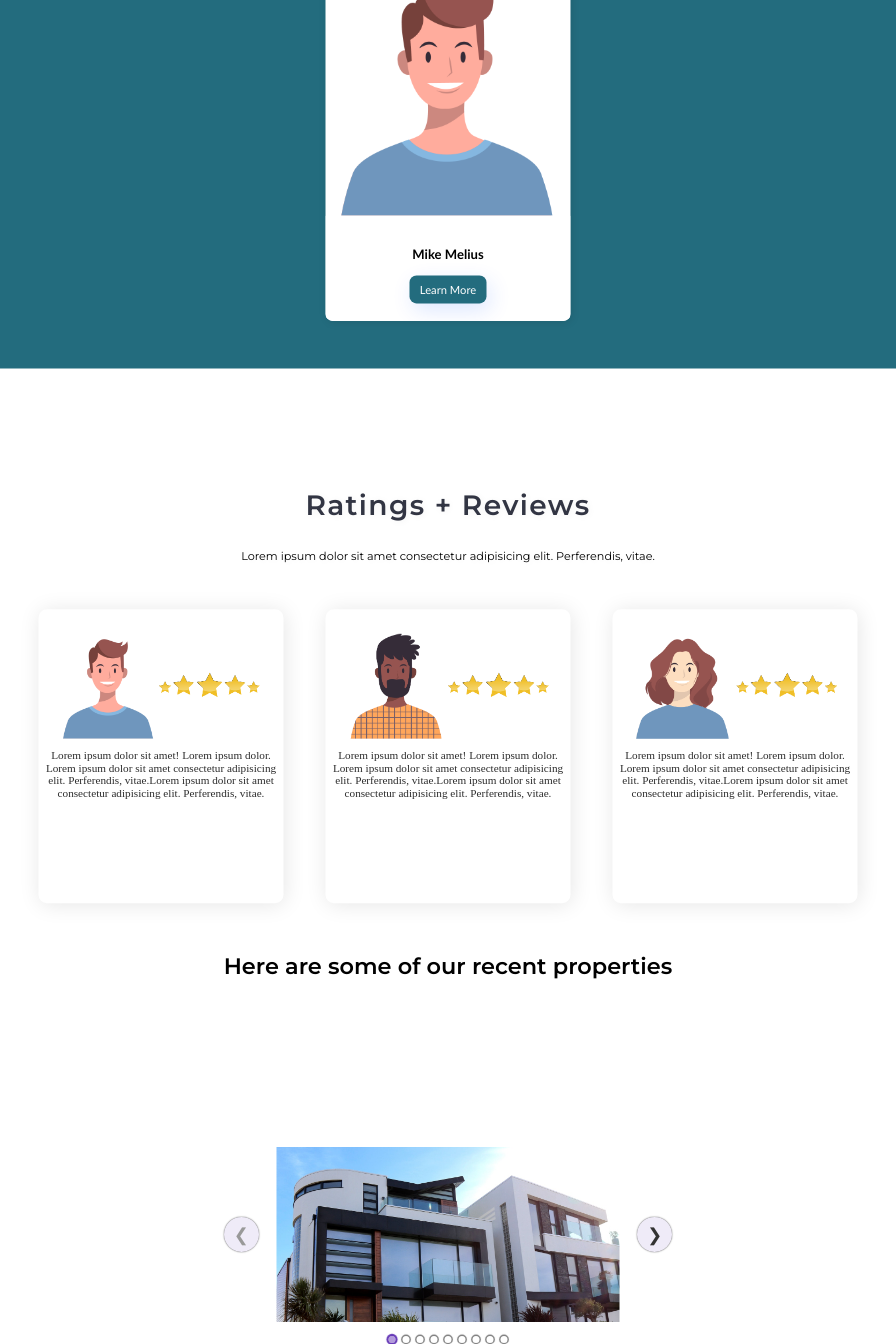
Repository: gabe126679/Mikes-site
Page: /
An editor plug-in stored every save of this project. The page is shown before and after the next save, followed by the edit.
The browser window is 1280 px wide. The pictures show the part of the page from y = 2108 to 4028 px (the page is 4672 px tall), at 70% of full size.
Some web libraries are served in a nearby version. The project was rebuilt for these pictures with package versions that can differ from the ones it lists, and the page was loaded fresh each time. Also part of the build but not shown: src/components/PageAbout.jsx, src/components/PageContact.jsx.

Above is the page before, as saved 2022-04-19 15:03:55.

### public/index.html
<!DOCTYPE html>
<html lang="en">
  <head>
    <meta charset="utf-8" />
    <link rel="icon" href="%PUBLIC_URL%/favicon.ico" />
    <meta name="viewport" content="width=device-width, initial-scale=1" />
    <meta name="theme-color" content="#000000" />
    <meta
      name="description"
      content="Web site created using create-react-app"
    />
    <link rel="apple-touch-icon" href="%PUBLIC_URL%/logo192.png" />

    <link rel="manifest" href="%PUBLIC_URL%/manifest.json" />
    <script src="https://kit.fontawesome.com/95dc93da07.js"></script>
    <title>Mike's Homes</title>
  </head>
  <body>
    <noscript>You need to enable JavaScript to run this app.</noscript>
    <div id="root"></div>

  </body>
</html>

### src/index.js
import React from 'react';
import ReactDOM from 'react-dom/client';
import './index.css';
import App from './App';
// import About from './components/About';
// import {
//   BrowserRouter,
//   Routes,
//   Route,
// } from "react-router-dom";

const root = ReactDOM.createRoot(document.getElementById('root'));
root.render(
//   <BrowserRouter>
//     <Routes>
//       <Route path="/" element={<App />}>
//       <Route path="homes" element={<About />} />
//         {/* <Route path="teams" element={<Teams />}>
//             <Route path=":teamId" element={<Team />} />
//             <Route path="new" element={<NewTeamForm />} />
//             <Route index element={<LeagueStandings />} />
//         </Route> */}
//       </Route>
//     </Routes>
//   </BrowserRouter>,
<App />,

);

### src/index.css
@import url('https://fonts.googleapis.com/css2?family=Montserrat:wght@300;400;500;600&display=swap');

/***fontawesome <script src="https://kit.fontawesome.com/95dc93da07.js"></script> *********/



body{
    margin:0px;
    padding: 0px;

    background-color: #ffffff;
    font-family: 'Montserrat', sans-serif;
}
*{
    box-sizing: border-box;
}
ul{
    list-style: none;
}
a{
    text-decoration: none;
}
button{
    outline: none;
    border: none;
}
input{
    outline: none;
    border: none;
}

.logo img{
    width: 120px;
}
.header{

    width:100%;
    height:768px;
    position: relative;
    background-repeat: no-repeat;
    background-size: cover;
    background-image: url("./images/header-bg.png");
}
nav{
	display: flex;
	justify-content: space-around;
	align-items: center;
	left: 0;
	top: 0;
	width:100%;
	z-index: 1;
	background-color: #FFFFFF;
}
nav ul{
	display: flex;
}
.active{
    background-color: #236c7e;
    color:rgb(255, 255, 255);
	box-shadow: 5px 10px 30px rgba(64, 149, 198, 0.411);
	transition: all ease 0.2s;
}
nav ul li a{
	height:40px;
	line-height: 43px;
	margin: 3px;
	padding: 0px 22px;
	display: flex;
	font-size: 0.8rem;
	text-transform: uppercase;
	font-weight: 500;
	color:#242424;
    letter-spacing: 1px;
    border-radius: 3px;
    transition: 0.2s ease-in-out;
}
.property{
    font-family: calibri;
	height:40px;
	line-height: 43px;
	padding: 0px 10px;
	display: flex;
	font-size: 0.8rem;
	text-transform: uppercase;
	font-weight: 500;
	color:#ffffff;
    letter-spacing: 1px;
    border-radius: 3px;
    transition: 0.2s ease-in-out;
    background-color: #236c7e;
}
nav ul li a:hover{
	background-color: #064757;
    color:#FFFFFF;
	box-shadow: 5px 10px 30px rgba(64, 149, 198, 0.411);
	transition: all ease 0.2s;
}
nav .menu-btn,
.menu-icon{
		display:none;
	}
.intro{
	font-family: 'Montserrat';
	width: 500px;
	position: absolute;
	left: 16%;
	top: 50%;
	transform: translate(-20%,-50%);
}
.intro span{
    color: #fc9700;
}
.intro .details{
    color: #1e4f5c;
}
.intro h1{
	font-family:'Montserrat';
	font-size: 46px;
	margin:0px;
	letter-spacing: 3px;
	color:#236c7e;
}
.intro p{
    color: #064757; font-weight: 500;
}
.header-btn{
	width:110px;
	height: 40px;
	display: flex;
	justify-content: center;
    align-items: center;
    background-color: #236c7e;
    box-shadow: 5px 10px 30px rgba(2, 82, 255, 0.137);
    border-radius: 10px;
	color:#ffffff;
}
.header-btn:hover{
	background-color: #04afda;
    transition: all ease 0.5s;
    color: #ffffff;
    box-shadow: 5px 0px 30px rgba(2, 154, 255, 0.39);
}
.container {
    max-width: 1140px;
    margin: 0 auto;
    padding: 0 20px;
}

.flex {
    display: flex;
    justify-content: space-between;
}
.how-it-works {
    padding: 3rem 0;
    background: #236c7e;
    text-align: center;
}

.how-it-works h2 {
    margin-bottom: 3rem;
    font-size: 2rem;
    font-family: 'Montserrat';
    color: #ffffff;
    font-weight: 600;
    text-transform: uppercase;
}

.how-it-works .flex > div {
    width: 30%;
}

.how-it-works h4 {
    color: #ffffff;
    margin-top: 1rem;
}
.how-it-works p{
    color: rgb(255, 196, 0);
}

.how-it-works span.fas {
    color: #ffffff;
    font-size: 35px;
}
  .about{
	width:100%;
	height: 100vh;
	background-color:#ffffff;
	box-sizing: border-box;
	display: flex;
	align-items: center;
	justify-content: space-between;
	padding: 50px 5% 0px 5%;
	position: relative;
}
.about-text{
	width: 50%;
}
.about-text h2{
	font-size: 2rem;
	color:#236c7e;
	font-weight: 400;
}
.about-text h2{
	margin: 0px;
	padding: 0px;
}
.about-text p{
	font-size: 1.2rem;
	color:#3a3a3a;

}
.about-text button{
	width: 140px;
	height: 40px;
	border-radius: 10px;
	border: none;
    outline: none;
    color: #ffffff;
	background-color:#236c7e;
}
.about-text button:hover{
	background-color: #04afda;
    transition: all ease 0.3s;
    color: #ffffff;
    box-shadow: 5px 0px 30px rgba(2, 154, 255, 0.39);
}
.about-model img{
    height: 400px;
}

.agent{
    width:100%;
    height:110vh;
    box-sizing: border-box;
    font-family: calibri;
    display: flex;
    flex-direction: column;
    align-items: center;
    justify-content: center;
    padding-top: 40px ;
    background: #236c7e;
}

.a-heading h1{
    color:#ffffff;
    font-size: 3rem;
    margin: 0px;
    padding: 0px;

}
.a-heading p{
    color:rgb(238, 238, 238);
    font-size: 1rem;
    margin: 0px;
    padding: 0px;
}
.a-heading{
    text-align: center;
    margin: 20px 0px;
}
.a-box{
    background-color: #ffffff;
    width:350px;
    height: 500px;
    margin: 20px;
    border-radius: 10px;
    overflow: hidden;
    box-shadow: 2px 2px 12px rgba(0,0,0,0.1);
    position: relative;
}
.b-container{
    display: flex;
    justify-content: center;
    align-content: center;
    width: 100%;

}
.a-b-img{
    width: 100%;
    height: 70%;

}
.a-b-img img{
    width:100%;
    height: 100%;
    object-fit: contain;
}
.a-b-text{
    width: 100%;
    height: 30%;
    background-color:#ffffff;
    display:flex;
    justify-content: center;
    align-items: center;
    text-align: center;
    flex-direction: column;
}
.a-box:hover{
    transform:translateY(-10px);
    transition: all ease 0.3s;

}
.agent-btn{
	width:110px;
	height: 40px;
	display: flex;
	justify-content: center;
    align-items: center;
    background-color: #236c7e;
    box-shadow: 5px 10px 30px rgba(2, 82, 255, 0.137);
    border-radius: 10px;
	color:#ffffff;
}
.agent-btn:hover{
	background-color: #04afda;
    transition: all ease 0.5s;
    color: #ffffff;
    box-shadow: 5px 0px 30px rgba(2, 154, 255, 0.39);
}

.product{
	width: 100%;
	background-color: #FFFFFF;
	display: flex;
	height: 760px;
	flex-direction: column;
	align-items: center;
	padding:40px 20px;
	position: relative;
	border-radius: 10px;
	margin-top: 70px;
}


.p-heading{

	margin:20px;
	text-shadow: 2px 2px 10px rgba(0,0,0,0.05);
}
.p-heading h3{
	font-weight: 600;
	letter-spacing: 2px;
	text-align: center;
	font-size:2.5rem;
	color:#323543;

}
.p-heading h3 font{
	color:#303030;
}
.product-container{
	display: flex;
	justify-content: center;
	align-items: center;
	flex-wrap: wrap;
	margin: 10px 0px;
	width:100%;
}
.p-box{
	width:350px;
	height: 420px;
	display: flex;
	justify-content: center;
	align-items: center;
	flex-direction: column;
	border-radius: 12px;
	position: relative;
	margin: 20px 30px;
    background-color: rgb(255, 255, 255);
    box-shadow: 2px 2px 30px rgba(0,0,0,0.1);
}
.p-box img{
	height:150px;
}
.p-box p{
	color:#4d4d4d70;
	font-family: myriad pro;
	font-size: 0.9rem;
	letter-spacing: 0.5;
}
.price-container {
  display: flex;
  align-items: center;
  justify-content: center;
}
.price{
	color:#2c2c2c;
	font-family: poppins;
	font-size: 1rem;
  position: relative;
  bottom: 120px;
  width: 100%;
  height: 100px;
  text-align: center;
}
.container-reviews {
  display: flex;
  align-items: center;
  height: 100%;
  position: relative;
  top: -50px;
}
.buy-btn{
	position: absolute;
	width:140px;
	height: 60px;
	display: flex;
	justify-content: center;
	align-items: center;
	font-family:calibri;
	left: 50%;
	bottom: 20px;
	transform: translateX(-50%);
	border-radius: 15% 15% 15% 15% / 50% 50% 50% 50%;
	background:linear-gradient(120deg,#064757 20%,#04afda);
	color:#FFFFFF;
	display: none;
	animation: fade 0.2s;
}
.p-box:hover .buy-btn{
	display: flex;
}
.p-box:hover{
	box-shadow: 2px 2px 30px rgba(0, 0, 0, 0.233);
	background-color:#FFFFFF;
}
.p-box:hover .price{
	color:#04afda;
	transition: all ease 0.2s;
}

@keyframes fade{
	0%{
		opacity: 0;
	}
	100%{
		opacity: 1;
	}
}
.contact{
    background-color: #236c7e;
	display:flex;
	flex-direction: column;
	justify-content: center;
	align-items: center;
    margin:8px 3px;
    margin-top: 1000px;
    padding: 30px 0px;
  overflow: hidden;
}
.contact h3{
	font-size:2.5rem;
    margin:20px;
    color: #ffffff;
}
.contact-input{
	width:350px;
	height:50px;
	background-color:#FFFFFF;
	display:flex;
	justify-content: center;
	border-radius: 50px;
	box-shadow: 2px 2px 30px rgba(0,0,0,0.15);
}
.contact-input input{
	width:100%;
	background-color: transparent;
	border:none;
	outline: none;
	text-align: center;
	color:#242425;
}
.contact-input a{
	width:150px;
	height:35px;
	background-color:#236c7e;
	color:#FFFFFF;
	display: flex;
	font-size: 0.9rem;
	justify-content: center;
	align-items: center;
	margin: auto 10px;
	border-radius: 20px;
	font-weight: 500;
}

.carousel {
  font-family: sans-serif;
  display: flex;
  align-items: center;
  justify-content: center;
  height: 100vh;
  object-fit: contain;

}
.carousel-img {
  width: 100%;
  object-fit: fill;
}
@media(min-width:1285px) {
  .contact {
    margin-top: 550px;
  }
}
@media(max-width:1190px){
	.header{
        background-size: 1150px !important;
        text-align: center;
	}
	.intro{
		left: 10%;
		top: 50%;
		transform: translate(-10%,-50%);
	}
	.about-model img{
		height:400px;
    }
    .agent{
		height:auto;
    }
    .b-container{
		flex-wrap: wrap;
	}
    .a-box{
		flex-grow: 1;
	}
	.a-b-img img{
		object-fit:contain;
	}


}

@media(max-width:970px){
  .header {
    background-image: none;
  }
	.main{
		background-image: none !important;

	}
	.intro{
		left: 50%;
		top: 50%;
		transform: translate(-50%,-50%);
    }

	.about-model{
		display: none;
	}
	.about{
        text-align: center;
		justify-content: center;
		padding-top: 0px;
	}
	.about-text{
		width: 90%;
	}
	.about-text h1{
		font-size:4rem;
  }
  .product{
    width: 100%;
    background-color: #FFFFFF;
    display: flex;
    height: 760px;
    flex-direction: column;
    align-items: center;
    padding:40px 20px;
    position: relative;
    border-radius: 10px;
    margin-top: 70px;
  }


}
@media(max-width:875px){
  .carousel-item {
    display: none;
  }
}
@media(max-width:600px){
	.intro{
		width:60%;
    }}
    .scroll{
      left: 42.5%;
    }
  .header-btn{
    margin-right: 38%;
  }


    @media (max-width: 500px) {
        .how-it-works .flex {
            display: block;
        }
        .header-btn{
          margin-right: 28%;
        }
        .how-it-works .flex > div {
            width: 100%;
            margin-top: 2rem;
        }


@media(max-width:1100px){.menu-icon{
    display:block;}

        nav{
            justify-content: space-between;
            height: 65px;
            padding: 0px 30px;
            position: fixed;
        }
        .property{
            background: none;
            font-size: 13px;
            color: #000;
            padding: 0px;
        }
        .logo img{
            width:70px;
        }
        .menu{
            display:none;
            position:absolute;
            top:65px;
            left:0px;
            background-color:#FFFFFF;
            border-bottom:4px solid #064757;
            width:100%;
            padding:0px;
            margin:0px;
        }
        .menu li{
            width:100%;
        }
        nav .menu li a{
            width:100%;
            height:40px;
            justify-content: center;
            align-items: center;
            margin:0px;
            padding: 25px;
            border:1px solid rgba(38,38,38,0.03);
        }
        nav .menu-icon{
            cursor:pointer;
            float:right;
            padding:28px 20px;
            position:relative;
            user-select: none;
        }
        nav .menu-icon .nav-icon{
            background-color:#333333;
            display:block;
            height:2px;
            position:relative;
            transition: background 0.2s ease-out;
            width:20px;
        }
        nav .menu-icon .nav-icon:before,
        nav .menu-icon .nav-icon:after{
            background:#333;
            content:'';
            display:block;
            height:100%;
            position:absolute;
            transition:all ease-out 0.2s;
            width:100%;
        }
        nav .menu-icon .nav-icon:before{
            top:5px;
        }
        nav .menu-icon .nav-icon:after{
            top:-5px;
        }
        nav .menu-btn:checked ~ .menu-icon .nav-icon{
            background:transparent;
        }
        nav .menu-btn:checked ~ .menu-icon .nav-icon:before{
            transform: rotate(-45deg);
            top:0;
        }
        nav .menu-btn:checked ~ .menu-icon .nav-icon:after{
            transform: rotate(45deg);
            top:0;
        }
        nav .menu-btn{
            display:none;
        }
        nav .menu-btn:checked ~ .menu{
            display:block;
        }}
        @media(max-width:400px){
            .s-box{
                width: 100%;
                height:400px;
            }
            .header-btn{
              margin-left: 38%;
            }

        }}

### src/components/Header.jsx
import React from 'react';
import Navbar from './Navbar'

function Header() {
  return (
    <div className="header">
        <Navbar />
        <div className="intro">
            <p>Looking for a Property !</p>
            <h1><span>Buy </span>and <span>Sell </span> Properties</h1>
            <p className="details">Lorem ipsum dolor sit amet consectetur, repellat a hic totam iure voluptatem expedita. Ipsam nobis aspernatur voluptatum? hic totam iure voluptatem expedita. </p>
            <a href="#" className="header-btn">Details</a>

        </div>
    </div>
  )
}

export default Header

### src/components/Howitworks.jsx
import React from 'react'

function Howitworks() {
  return (
    <div className="how-it-works">
        <div className="container">
            <h2>How It Works</h2>
            <div className="flex">
                <div>
                    <span className="fas fa-home"></span>
                    <h4>Find a Property</h4>
                    <p>Lorem ipsum dolor sit, amet consectetur adipisicing elit.</p>
                </div>

                <div>
                    <span className="fas fa-dollar-sign"></span>
                    <h4>Find a Property</h4>
                    <p>Lorem ipsum dolor sit, amet consectetur adipisicing elit.</p>
                </div>

                <div>
                    <span className="fas fa-chart-line"></span>
                    <h4>Find a Property</h4>
                    <p>Lorem ipsum dolor sit, amet consectetur adipisicing elit.</p>
                </div>
            </div>
        </div>
    </div>
  )
}

export default Howitworks;

### src/components/About.jsx
import React from 'react'
import aboutimage from '../images/hero.png';
import Contact from "./Contact"

function About() {
  return (
    <div className="about">
        <div className="about-model">
          <img src={aboutimage} alt="about image"/>
        </div>
        <div className="about-text">
          <h2>Best in your area <br/>Wholesale Real Estate</h2>
          <p>Lorem ipsum dolor sit, amet consectetur adipisicing elit. Minima aut libero at quod, eius vero enim, exercitationem ipsa repellendus magnam iure eaque placeat alias recusandae consequatur. Doloribus earum officia voluptatum veniam necessitatibus ratione dolor quam?</p>
          <button>View More Details</button>
          <h3>Get the Best Property</h3>
        </div>
    </div>
  )
}

export default About

### src/components/Agent.jsx
import React from 'react'
import Agentbox from './Agentbox';
import agentimage1 from '../images/s1.png';

function Agent() {
  return (
    <div className="agent">
        <div className="a-heading">
            <h1>Agents</h1>
            <p>Lorem ipsum dolor sit amet consectetur adipisicing elit. Voluptas, vel.</p>
        </div>
        <div className="b-container">
            <Agentbox image={agentimage1} name="Mike Melius"/>
        </div>
    </div>
  )
}

export default Agent;

### src/components/Properties.jsx
import React from 'react'
import Bproperty from "./Bproperty";
import CarouselItem from "./CarouselItem";
import pimage1 from "../images/s1.png"
import pimage2 from "../images/s2.png"
import pimage3 from "../images/s3.png"
import gold from "../images/gold.png"

function Properties() {
  return (
    <div className="product">
        <div className="p-heading">
            <h3>Ratings + Reviews</h3>
            <p>Lorem ipsum dolor sit amet consectetur adipisicing elit. Perferendis, vitae.</p>
        </div>

        <div className="product-container">
            <Bproperty image={pimage1}  name={gold} price="Lorem ipsum dolor sit amet! Lorem ipsum dolor. Lorem ipsum dolor sit amet consectetur adipisicing elit. Perferendis, vitae.Lorem ipsum dolor sit amet consectetur adipisicing elit. Perferendis, vitae." />
            <Bproperty image={pimage2}  name={gold} price="Lorem ipsum dolor sit amet! Lorem ipsum dolor. Lorem ipsum dolor sit amet consectetur adipisicing elit. Perferendis, vitae.Lorem ipsum dolor sit amet consectetur adipisicing elit. Perferendis, vitae." />
            <Bproperty image={pimage3} name={gold} price="Lorem ipsum dolor sit amet! Lorem ipsum dolor. Lorem ipsum dolor sit amet consectetur adipisicing elit. Perferendis, vitae.Lorem ipsum dolor sit amet consectetur adipisicing elit. Perferendis, vitae." />
        </div>
        <div className="carousel-item">
          <CarouselItem />
        </div>
        {/* <div className="contact">
        <h3>Get the Best Property</h3>
        <div className="contact-input">
            <input type="email" placeholder="example@gmail.com"/>
            <a href="#">Continue</a>
        </div>
    </div> */}
    </div>
  )
}

export default Properties;

### src/components/All.jsx
import React from 'react'
import Header from './Header'
import Howitworks from './Howitworks'
import About from './About'
import Agent from './Agent'
import Properties from './Properties'
import Contact from './Contact'

function All() {
  return (
    <div className="App">
      <Header />
      <Howitworks />
      <About />
      <Agent />
      <Properties />
      <Contact />
    </div>
  )
}

export default All;

### src/components/Navbar.jsx
import React from 'react'
import logo from "../images/logo1.png"
import { Link } from "react-router-dom";

function Navbar() {
  return (
    <nav>
        <a href="/homes" className="logo">
            <img src={logo} alt="logo"/>
        </a>
        <input className="menu-btn" type="checkbox" id="menu-btn"/>
        <label className="menu-icon" for="menu-btn">
            <span className="nav-icon"></span>
        </label>
        <ul className="menu">
            <li><Link to="/" >Home</Link></li>
            <li><Link to="/about">About</Link></li>
            <li><Link to="/contact">Contact</Link></li>
        </ul>
        <Link to="/howitworks" className="property">Appointments</Link>
        {/* <a href="/homes" className="property"></a> */}
    </nav>
  )
}

export default Navbar

### src/components/Contact.jsx
import React from 'react';

function Contact() {
  return (
    <div className="contact">
        <h3>Get the Best Property</h3>
        <div className="contact-input">
            <input type="email" placeholder="example@gmail.com"/>
            <a href="#">Continue</a>
        </div>
    </div>
  )
}

export default Contact;

### src/components/Agentbox.jsx
import React from 'react'

function Agentbox(props) {
  return (
    <div className="a-box">
        <div className="a-b-img">
            <img src={props.image} alt=""/>
        </div>
        <div className="a-b-text">
            <h3>{props.name}</h3>
            <a href="#" className="agent-btn">Learn More</a>
        </div>
    </div>
  )
}

export default Agentbox;

### src/components/Bproperty.jsx
import React from 'react'

function Bproperty(props) {
  return (
    <div className="p-box">
        <div className="container-reviews">
            <img src={props.image} alt="product"/>
            <br/>
            <p><img src={props.name} alt="product"/> </p>
        </div>
        <div className="price-container">
            <a href="#" className="price">
                {props.price}
            </a>
        </div>


        <a href="#" className="buy-btn">
            Get In Touch
        </a>
    </div>
  )
}

export default Bproperty;

### src/components/CarouselItem.jsx
import React from 'react'
import Carousel from "react-elastic-carousel";
import Item from "./Item";
import img1 from "../images/home-1.jpg"
import img2 from "../images/home-2.jpg"
import img3 from "../images/interior-1.jpg"
import img4 from "../images/slide-2.jpg"
import img5 from "../images/house-3.jpg"
import img6 from "../images/kitchen-1.jpg"
import img7 from "../images/slide-1.jpg"
import img8 from "../images/house-4.jpg"
import img9 from "../images/slide-3.jpg"


const breakPoints = [
    { width: 1, itemsToShow: 1 },
    { width: 550, itemsToShow: 2 },
    { width: 768, itemsToShow: 3 },
    { width: 1200, itemsToShow: 4 },
];

function CarouselItem() {
  return (
    <>
      <br/>
      <h1 style={{ textAlign: "center" }}>Here are some of our recent properties</h1>
      <div className="carousel">
        <Carousel breakPoints={breakPoints}>
          <Item ><img className="carousel-img" src={img1} alt="img"/></Item>
          <Item ><img className="carousel-img" src={img2} alt="img"/></Item>
          <Item ><img className="carousel-img" src={img3} alt="img"/></Item>
          <Item ><img className="carousel-img" src={img4} alt="img"/></Item>
          <Item ><img className="carousel-img" src={img5} alt="img"/></Item>
          <Item ><img className="carousel-img" src={img6} alt="img"/></Item>
          <Item ><img className="carousel-img" src={img7} alt="img"/></Item>
          <Item ><img className="carousel-img" src={img8} alt="img"/></Item>
          <Item ><img className="carousel-img" src={img9} alt="img"/></Item>
        </Carousel>
      </div>
    </>
  )
}

export default CarouselItem

Loaded but not shown: src/components/Item.js (common file); src/App.js (52 lines, source omitted)

After the next save:
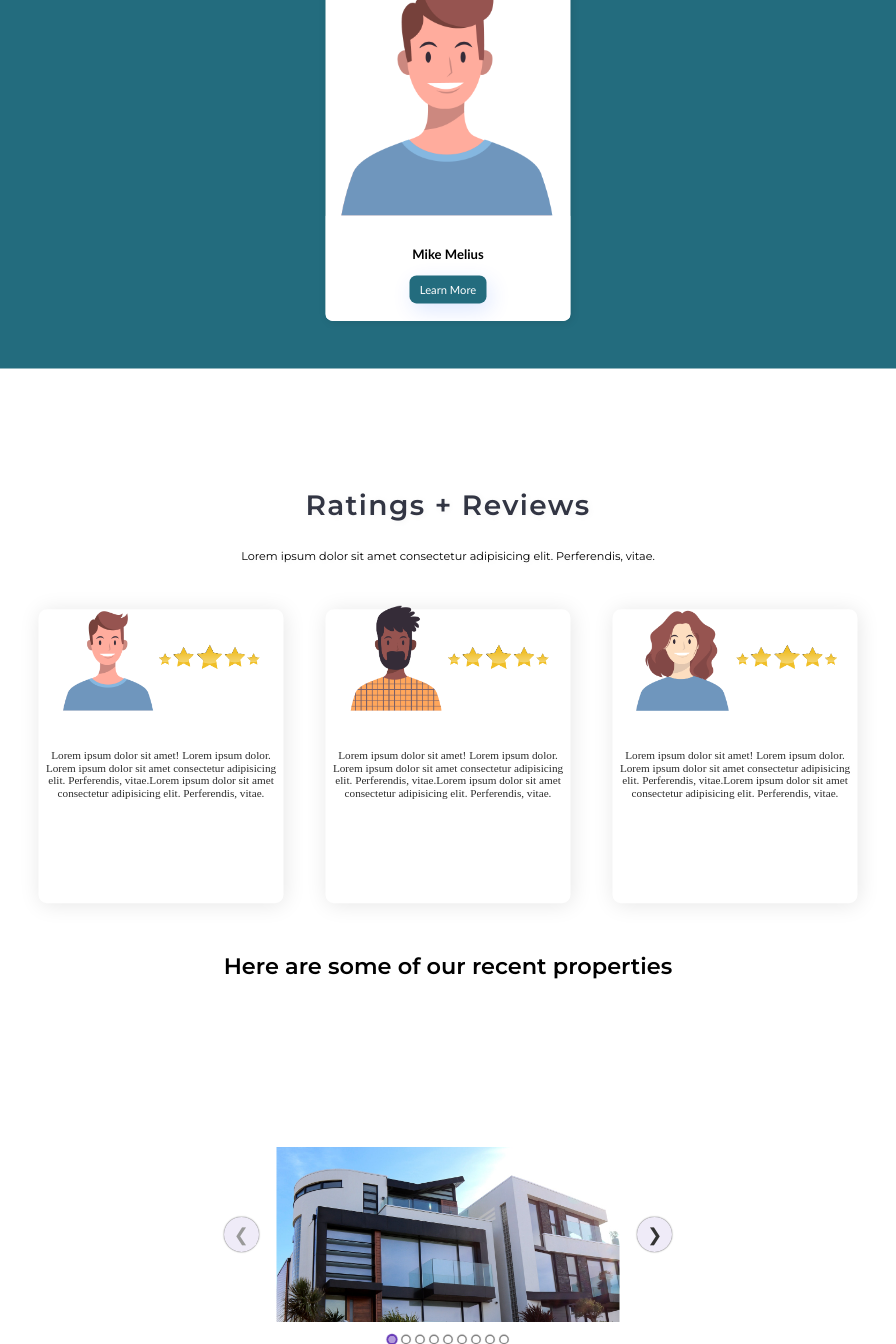
Saved 10 s later.
--- a/src/index.css
+++ b/src/index.css
@@ -398,7 +398,7 @@ nav .menu-btn,
   align-items: center;
   height: 100%;
   position: relative;
-  top: -50px;
+  top: -90px;
 }
 .buy-btn{
 	position: absolute;
